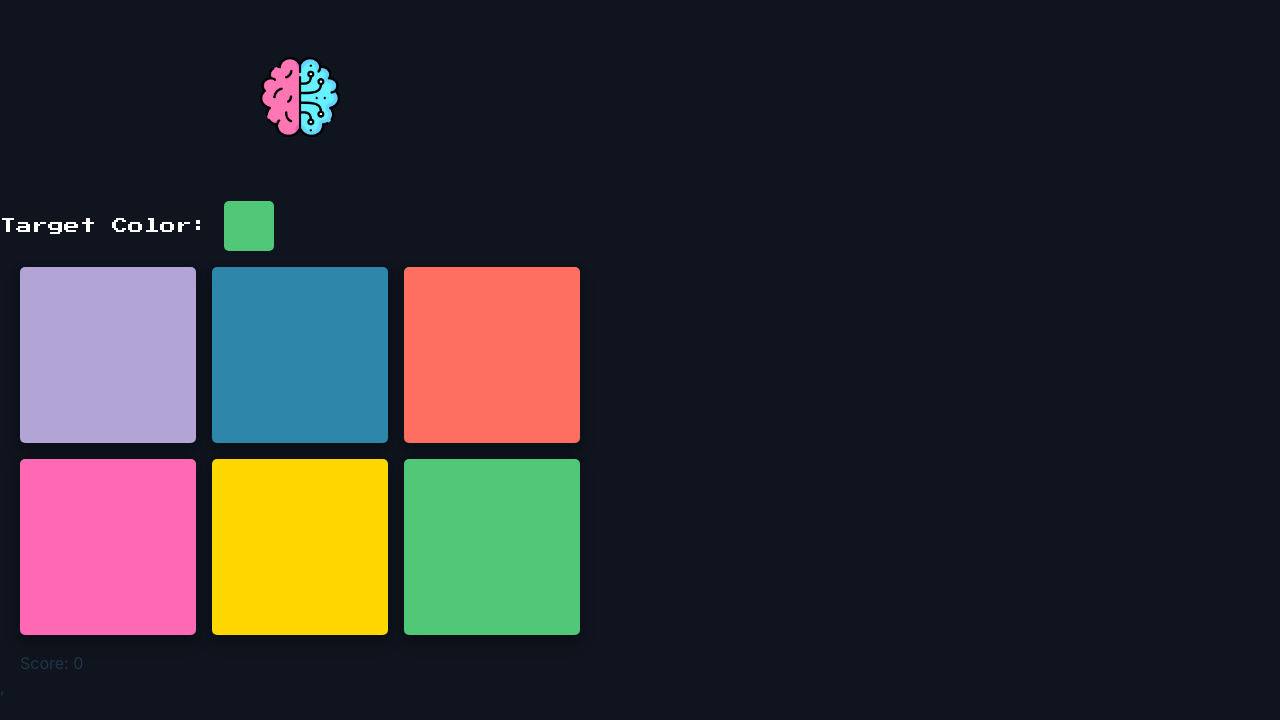
Repository: Shenixo/Color_match_game
Page: /game_play
The author's editor kept a copy of each file at every save. The page is drawn from the files as they stood at one save, then again after a run of saves.
The browser window is 1280 px wide. The pictures show the whole page.
The project was rebuilt for these pictures with package versions that can differ from the ones it lists, and the page was loaded fresh each time. Also part of the build but not shown: vite.config.js, src/Components/Tab/Tab.css, src/Components/Tab/Tab.jsx, src/Pages/Home/Home.jsx, src/Pages/Rules/Rules.css, src/Pages/Rules/Rules.jsx, src/Pages/Sound/Sound.jsx. Imported but missing from the stored project, and not drawn on this page: src/assets/button_clicks.wav, src/assets/game_theme_sound.mp4.

Above is the page before, as saved 2025-02-04 01:41:56.

### index.html
<!DOCTYPE html>
<html lang="en">
  <head>
    <meta charset="UTF-8" />
    <link rel="icon" type="image/svg+xml" href="/vite.svg" />
    <meta name="viewport" content="width=device-width, initial-scale=1.0" />
    <link rel="preconnect" href="https://fonts.googleapis.com" />
    <link rel="preconnect" href="https://fonts.gstatic.com" crossorigin />
    <link rel="preconnect" href="https://fonts.googleapis.com">
<link rel="preconnect" href="https://fonts.gstatic.com" crossorigin>
<link href="https://fonts.googleapis.com/css2?family=Inter:ital,opsz,wght@0,14..32,100..900;1,14..32,100..900&family=Poppins:ital,wght@0,100;0,200;0,300;0,400;0,500;0,600;0,700;0,800;0,900;1,100;1,200;1,300;1,400;1,500;1,600;1,700;1,800;1,900&family=Press+Start+2P&display=swap" rel="stylesheet">
    <title>Color Match</title>
  </head>
  <body>
    <div id="root"></div>
    <script type="module" src="/src/main.jsx"></script>
  </body>
</html>

### src/App.jsx
import { Route, Routes } from "react-router-dom";
import "./App.css";
import Home from "./Pages/Home/Home";
import Rules from "./Pages/Rules/Rules";
import Sound from "./Pages/Sound/Sound";
import GamePlay from "./Pages/GamePlay/GamePlay";

function App() {
  return (
    <div>
      <Routes>
        <Route path="/" element={<Home />} />
        <Route path="/game_play" element={<GamePlay/>}/>
        <Route path="/rules" element={<Rules />} />
        <Route path="/sound" element={<Sound />} />
      </Routes>
    </div>
  );
}

export default App;

### src/App.css
*{
  padding: 0;
  margin: 0;
  box-sizing: border-box;
  font-family: "Inter", serif;
}
body{
  background: #0f141e;
}

### src/Pages/GamePlay/GamePlay.jsx
import {Card, listenForScoreUpdates } from "../../Components/Card/Card"
import Title from "../../Components/Title/Title"
import "./GamePlay.css"
import ScoreNdColorBox from "../../Components/ScoreNdColorBox/ScoreNdColorBox"
import { useEffect, useState } from "react"

const GamePlay = () => {
  const [score, setScore] = useState(0);
  useEffect(() => {
    listenForScoreUpdates(setScore);
  }, []);
  return (
    <div>
      <div className="container">
        <Title content={`Game: ${score}`} />
        <div className="game-tab">
        <ScoreNdColorBox/>
        </div>
        <Card/>
      </div>
    </div>
  )
}

export default GamePlay

### src/Components/Title/Title.jsx
/* eslint-disable react/prop-types */
import "./Title.css"
import brain from "../../assets/brain.png"
import { Link } from "react-router-dom"
import { TabClick } from "../../Components/Sound/Sound";
const Title = ({content}) => {
  return (
    <div className="title">
          <h1>{content}</h1>
          <Link to="/">
          <img src={brain} onClick={TabClick} alt="Brain image" width={80} />
          </Link>
    </div>
  )
}

export default Title

### src/Pages/Home/Home.css
.home{
    width: 100%;
    max-height: 100svh;
}
.container{
    display: flex;
    align-items: center;
    justify-content: center;
    margin-top: 6%;
    flex-direction: column;
    gap: 1rem;
}

### src/Components/Sound/Sound.jsx
import Game_sound from "../../assets/game_theme_sound.mp4";
import Tab_sound from "../../assets/button_clicks.wav";

let game_theme = new Audio(Game_sound);
game_theme.loop = true;
const GameTheme = () => {
  if (game_theme.paused) {
    game_theme.play();
  } else {
    game_theme.pause();
    game_theme.currentTime = 0;
  }
};


const TabClick = () => {
  const tab_clicks = new Audio(Tab_sound)
  tab_clicks.play()
}
export { GameTheme, TabClick };

### src/Components/Card/Card.jsx
import { useState, useEffect } from "react";
import "./Card.css";
import { TabClick } from "../../Components/Sound/Sound";

const fineColors = [
  "#2E86AB",
  "#FF6F61",
  "#50C878",
  "#B2A4D4",
  "#FFD700",
  "#FF69B4",
];

let score = 0;
const setGlobalScore = (newScore) => {
  score = newScore;
  document.dispatchEvent(new CustomEvent("scoreUpdated", { detail: score }));
};

const Card = () => {
  const cardArr = Array.from({ length: 6 });
  const [shuffledColors, setShuffledColors] = useState([...fineColors]);
  const [localScore, setLocalScore] = useState(score);
  const [chosenColor, setChosenColor] = useState(null);
  const [clickEnabled, setClickEnabled] = useState(false);
  const [showHint, setShowHint] = useState(true);

  useEffect(() => {
    startNewRound();
  }, []);

  const startNewRound = () => {
    setClickEnabled(false);
    setShowHint(true);

    const randomColor = fineColors[Math.floor(Math.random() * fineColors.length)];
    setChosenColor(randomColor);

    // Dispatch the chosen color event
    document.dispatchEvent(new CustomEvent("colorChosen", { detail: randomColor }));

    setTimeout(() => {
      const shuffled = [...fineColors].sort(() => Math.random() - 0.5);
      setShuffledColors(shuffled);
      setClickEnabled(true);
      setShowHint(false);
    }, 4000);
  };

  const handleWinState = () => {
    setLocalScore((prev) => {
      const newScore = prev + 1;
      setGlobalScore(newScore);
      return newScore;
    });
  };

  const handleLoseState = () => {
    setLocalScore((prev) => {
      const newScore = prev - 1;
      setGlobalScore(newScore);
      return newScore;
    });
  };

  const handleCheckPlayerClick = (clickedIndex) => {
    if (!clickEnabled) return;

    const clickedColor = shuffledColors[clickedIndex];

    if (clickedColor === chosenColor) {
      handleWinState();
    } else {
      handleLoseState();
    }

    TabClick();
    setClickEnabled(false);

    setTimeout(() => {
      startNewRound();
    }, 1000);
  };

  return (
    <div className="card">
      {cardArr.map((_, idx) => (
        <button
          onClick={() => handleCheckPlayerClick(idx)}
          className={showHint && shuffledColors[idx] === chosenColor ? "chosen_card" : ""}
          style={{ background: shuffledColors[idx] }}
          key={idx}
          disabled={!clickEnabled}
        />
      ))}
      <p>Score: {localScore}</p>
    </div>
  );
};

export { Card, setGlobalScore };

export const listenForScoreUpdates = (callback) => {
  document.addEventListener("scoreUpdated", (event) => {
    callback(event.detail);
  });
};

### src/Pages/GamePlay/GamePlay.css
.game-tab{
    display: flex;
    align-items: center;
    justify-content: space-between;
    width: 600px;
}

### src/Components/ScoreNdColorBox/ScoreNdColorBox.jsx
import ChosenColor from "../ChosenColorDisplay/ChosenColorDisplay"

import "./ScoreNdColorBox.css";
const ScoreNdColorBox = () => {

  return (
    <div className="score_nd_color_box">
      <div className="target_card">
        <p>Target Color:</p>{" "}
        <ChosenColor/>
      </div>
    </div>
  );
};

export default ScoreNdColorBox;

/*Nahhh this is worst the cards first appears first without color then i think a card is first chosen in this state without colors then after the colors suddenly appears and then another card is being chosen how ami supposed to work with this The flow should be that one random card gets selected it shuffles and i have to click on the card that was chosen to add to my score and if i fail to do this my score gets deducted this shoud be the flow */


/*
i need you to help me with something i am working on a color game where a random card is first selected and then it shuffles after shuffling i have to pick the card that was chosen to initially to win we must make sure to still track the index of the card that was chosen before even after shuffling because this is what would be used to track player click and also since the index of the chosen card would change after shuffling so i can update my scores correctly i would send you my code now and i want you to help me make the corrections so the code can work correctly as expected got it?! */

### src/Components/Title/Title.css
.title {
  display: flex;
  align-items: center;
  gap: 1rem;
  color: #f6483e;
  font-size: 1.4rem;
  margin-bottom: 2.5rem;
  flex-direction: column-reverse;
}
.title h1 {
  display: none;
  /* font-family: "Press Start 2P", serif; */
}

### src/Components/Card/Card.css
.card {
  display: grid;
  grid-template-columns: 1fr 1fr 1fr;
  gap: 1rem;
  transition: all 0.5s ease-in-out;
  justify-content: center;
  align-items: center;
  position: relative;
}
.card button {
  width: 11rem;
  cursor: pointer;
  height: 11rem;
  border-radius: 5px;
  transition: transform 0.5s ease-in-out, opacity 0.5s ease-in-out;
  box-shadow: 0px 8px 16px rgba(0, 0, 0, 0.2), 0px 4px 8px rgba(0, 0, 0, 0.1);
  transition: .5s;
  border: none;
}
.card div:active{
  scale: .85;
}

.chosen_card {
  animation: pulse 1.2s 3 ease-in-out;
}

@keyframes pulse {
  0% {
    transform: scale(1);
  }
  50% {
    transform: scale(1.1);
  }
  100% {
    transform: scale(1);
  }
}

.card.collapse div {
  transform: scale(0.1) translate(-50%, -50%);
  opacity: 0;
}

.card.spread div {
  transform: scale(1) translate(0, 0);
  opacity: 1;
}

@media only screen and (max-width: 880px) {
  .card {
    grid-template-columns: 1fr 1fr;
  }
}

### src/Components/ChosenColorDisplay/ChosenColorDisplay.jsx
import { useState, useEffect } from "react";

const ChosenColorDisplay = () => {
  const [chosenColor, setChosenColor] = useState(null);

  useEffect(() => {
    const handleColorChosen = (event) => {
      setChosenColor(event.detail);
    };
    document.addEventListener("colorChosen", handleColorChosen);

    return () => {
      document.removeEventListener("colorChosen", handleColorChosen);
    };
  }, []);
console.log("chosenColor", chosenColor)
  return (
    <div>
      <div
        style={{
          width: "50px",
          height: "50px",
                  backgroundColor: chosenColor,
          borderRadius: "5px"
        }}
      />
    </div>
  );
};

export default ChosenColorDisplay;

### src/Components/ScoreNdColorBox/ScoreNdColorBox.css

.random_card{
    border-radius: 5px;
    height: 2.4rem;
    width: 2.4rem;
}
.target_card{
    display: flex;
    align-items: center;
    gap: 1rem;
    font-size: 1rem;
    color: white;
}
.target_card p{
    font-family: "Press Start 2P", serif;

}

Loaded but not shown: src/main.jsx (common file); src/index.css (common file)

After the next 2 saves:
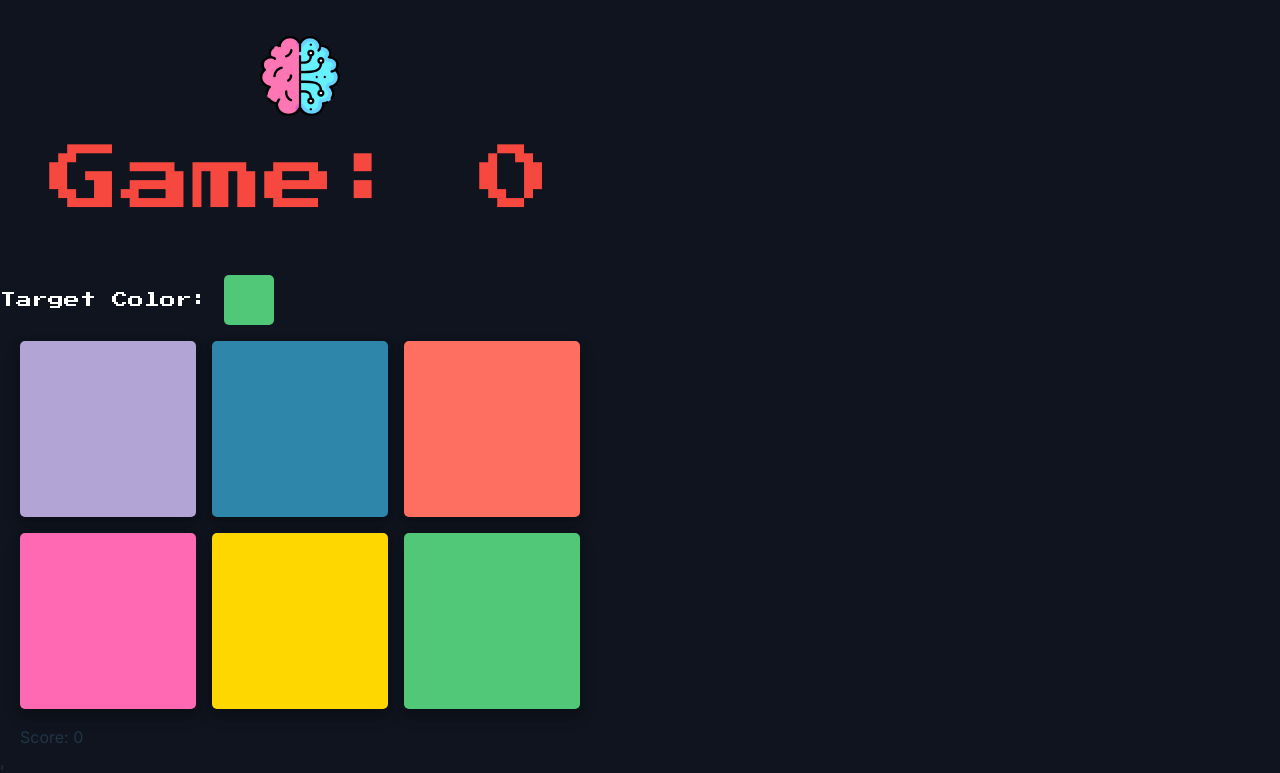
The 2 saves are shown as one change because they came seconds apart.
The last was saved 9 s later.
--- a/src/Components/Title/Title.css
+++ b/src/Components/Title/Title.css
@@ -8,6 +8,5 @@
   flex-direction: column-reverse;
 }
 .title h1 {
-  display: none;
-  /* font-family: "Press Start 2P", serif; */
+  font-family: "Press Start 2P", serif;
 }
